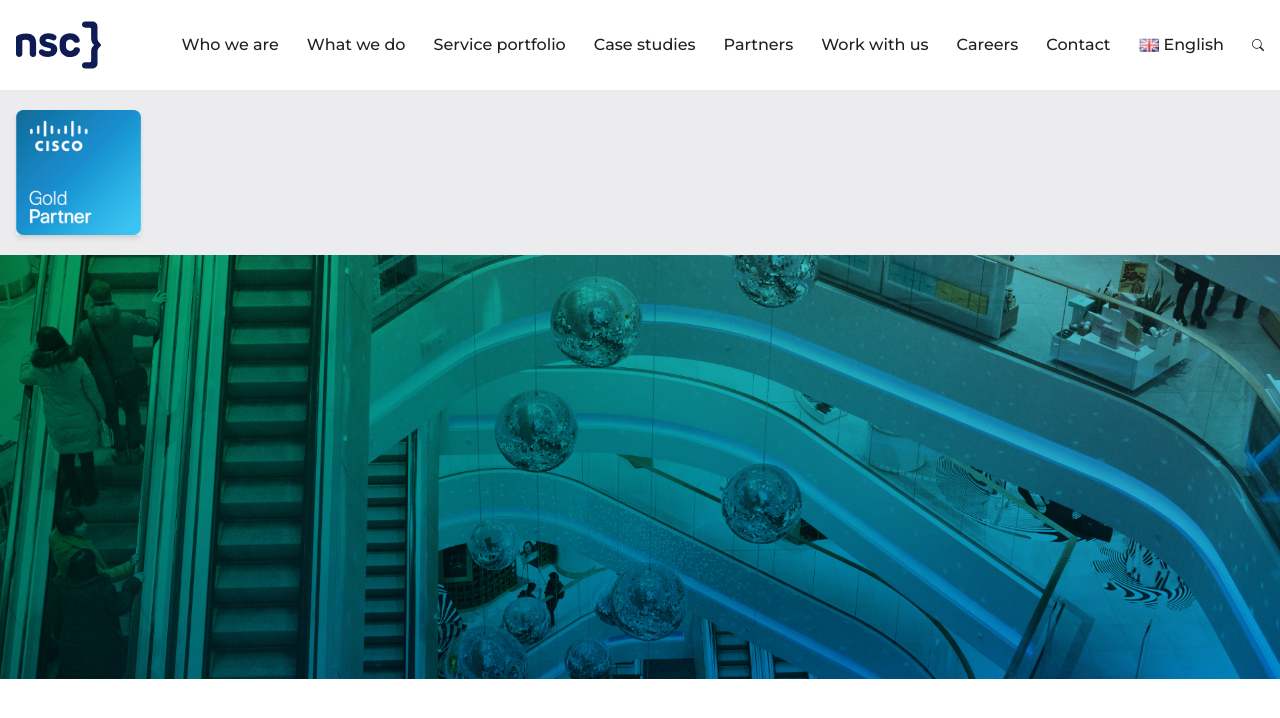
Repository: spaceship9999/ReactIsBack
Page: /
The author's editor kept a copy of each file at every save. The page is drawn from the files as they stood at one save, then again after the next save.
The browser window is 1280 px wide. The pictures show the whole page.
The project was rebuilt for these pictures with package versions that can differ from the ones it lists, and the page was loaded fresh each time. The framework's server and built-in components were replaced by stand-ins that run in the browser. Also part of the build but not shown: next.config.js.

Above is the page before, as saved 2023-03-25 00:24:07.

### src/app/layout.tsx
import './globals.scss'

export const metadata = {
  title: 'Create Next App',
  description: 'Generated by create next app',
}

export default function RootLayout({
  children,
}: {
  children: React.ReactNode
}) {
  return (
    <html lang="en">
      <body>{children}</body>
    </html>
  )
}

### src/app/page.tsx
import Link from "next/link";
import Header from "./Header";
import Award from "./Award";
import Banner from "./Banner";

export default function Home() {
  return (
    <main>
      <Header></Header>
      <Award/>
      <Banner
        heading="NSC operates in 180 countries across multiple time zones, currencies and languages"
        image="/img/Cisco_Banner.png" content="" position={""}/>
    </main>
  )
}

### src/app/globals.scss
@tailwind base;
@tailwind components;
@tailwind utilities;

@import "./scss/fonts";
@import "./scss/global";

### src/app/Header.tsx
import Link from "next/link";

export default function Header() {
    return (
        <div className="container py-5">
            <div className="flex justify-between items-center">
                <Link href="/" >
                    <Logo className="w-[85px] h-[50px]" />
                </Link>
                <nav className="flex gap-7 font-montserrat font-medium text-grey">
                    <Link href="/who-we-are" >
                        Who we are
                    </Link>
                    <Link href="/what-we-do" >
                        What we do
                    </Link>
                    <Link href="/what-we-do" >
                        Service portfolio
                    </Link>
                    <Link href="/what-we-do" >
                        Case studies
                    </Link>
                    <Link href="/what-we-do" >
                        Partners
                    </Link>
                    <Link href="/what-we-do" >
                        Work with us
                    </Link>
                    <Link href="/what-we-do" >
                        Careers
                    </Link>
                    <Link href="/what-we-do" >
                        Contact
                    </Link>
                    <button className="flex items-center gap-x-1">
                        <img src="/img/gb-flag.png" className="w-full"/>
                        English
                    </button>
                    <button>
                        <Search/>
                    </button>
                </nav>
            </div>
        </div>
    )
}


const Logo = (props : { className: string}) => {
    const { className } = props;
    return (
        <svg className={className} xmlns="http://www.w3.org/2000/svg" viewBox="0 0 283.4 156" preserveAspectRatio="xMinYMid meet">
            <path id="nsc_global_logo" d="M67,107.8a10.074,10.074,0,0,1-10,9.9c-5.9.2-11.2-4.5-11.2-9.9V71.6c0-7.4-4.1-11.5-12.4-11.5-6.3,0-12.2.6-12.2,4.2v43.5c0,5.4-4.4,9.9-10.9,9.9-4.9,0-10.3-4.4-10.3-9.9V54.2c0-3.6,1-5.3,3.5-7C8,44,18.6,39.3,34,39.3c21.6,0,33,11.2,33,31.2Zm48.8-37.6L106,68c-6.4-1.4-7.3-3.2-7.3-5,0-3,3.1-4.7,8.6-4.7a31.5,31.5,0,0,1,10.9,2.5,19.538,19.538,0,0,0,7.6,2,8.7,8.7,0,0,0,6.7-3.1,10.468,10.468,0,0,0,2.5-7.6,9.067,9.067,0,0,0-3.5-6.6c-4.9-4-13.9-6.5-23.5-6.5-18,0-29.7,9.6-29.7,24.4,0,11.1,7.4,18.9,21.3,22.5,3.8,1,4.8,1.2,6.8,1.6.9.2,1.9.4,3.5.8,6.2,1.5,7.1,3.5,7.1,5.3,0,4.6-6.5,5.1-9.3,5.1a31.582,31.582,0,0,1-15.9-4.4,12.9,12.9,0,0,0-6.2-2A9.431,9.431,0,0,0,78,96.2c-3,3.9-2.1,10,1.9,13.3,4.6,3.8,13,8.3,27.4,8.3,18.2,0,30.4-10.2,30.4-25.4-.1-11.4-7.2-18.7-21.9-22.2Zm95.9,19.2c-2.2-2.9-6.3-4.2-10-4-4.7.2-7.3,1.7-9,4.9-2.7,4.7-6.5,7.3-12.2,7.3-7.8,0-12.9-4.9-13.7-12.9a95.4,95.4,0,0,1,0-13.1c.8-7.7,5.8-12.1,13.7-12.1a13.278,13.278,0,0,1,11.2,6.1c2.7,3.9,5.7,5.1,8.8,5.2,3.7.2,8-.7,10.6-3.9,1.4-1.7,1.7-4.3,1-7C209.8,51,199,39.2,179.9,39.2c-19,0-33.1,12.1-34.2,29.5a152.151,152.151,0,0,0,0,19.1c1.5,17.5,15.9,30.3,34.2,30.3,19.1,0,29.9-10.6,33-21.3.8-3.3.1-5.7-1.2-7.4Zm60,12.3c0-14.8,11.7-17.8,11.7-23.7s-11.7-8.9-11.7-23.7V15.9A15.939,15.939,0,0,0,255.8,0H231c-6.1,0-11,4-11,10,0,6.3,5.1,10.3,11.1,10.3h14.6a4.739,4.739,0,0,1,4.8,4.8V54.3c0,18.9,9.7,20.5,9.7,23.7s-9.7,4.9-9.7,23.7v29.2a4.739,4.739,0,0,1-4.8,4.8H231.1c-6,0-11.1,3.9-11.1,10.3,0,6,4.9,10,11.1,10h24.8a15.938,15.938,0,0,0,15.9-15.9V101.7Z" fill="#0f1c54"></path>
        </svg>
    )
}

const Search = () => {
    return (
        <svg xmlns="http://www.w3.org/2000/svg" className="w-3 h-3" fill="currentColor" viewBox="0 0 16 16">
            <path d="M11.742 10.344a6.5 6.5 0 1 0-1.397 1.398h-.001c.03.04.062.078.098.115l3.85 3.85a1 1 0 0 0 1.415-1.414l-3.85-3.85a1.007 1.007 0 0 0-.115-.1zM12 6.5a5.5 5.5 0 1 1-11 0 5.5 5.5 0 0 1 11 0z" />
        </svg>
    )
}

### src/app/Award.tsx
export default function Award() {
    return (
        <div className="bg-light-grey py-5">
            <div className="container">
                <img className="w-[125px] shadow-md" src="/img/cisco-partner-o.png"/>
            </div>
        </div>
    )
}

### src/app/Banner.tsx

interface BannerProps {
    heading: string;
    content: string;
    image: string;
    position: string;
}



export default function Banner({heading, content, image, position = "center"}: BannerProps) {
    return (
        <div className="py-[200px] relative flex items-center">
            <img src={image}
             className={`absolute inset-0 w-full h-full object-cover ${position === 'center' ? 'object-center': 'object-start'}`}/>
            <h2 className="text-white">{ heading }</h2>
        </div>
    )
}

### src/app/scss/_fonts.scss
@font-face {
    font-family: 'Rubik';
    font-display: swap;
    font-style: italic;
    src: url(/fonts/Rubik-Italic-VariableFont_wght.ttf) format('truetype'),
}

@font-face {
    font-family: 'Rubik';
    font-display: swap;
    font-style: normal;
    src: url(/fonts/Rubik-VariableFont_wght.ttf) format('truetype'),
}

@font-face {
    font-family: 'Montserrat';
    font-display: swap;
    font-style: normal;
    src: url(/fonts/Montserrat-VariableFont_wght.ttf) format('truetype'),
}

@font-face {
    font-family: 'Montserrat';
    font-display: swap;
    font-style: italic;
    src: url(/fonts/Montserrat-Italic-VariableFont_wght.ttf) format('truetype'),
}

### src/app/scss/_global.scss
.container {
    width: 100%;
    max-width: 1408px;
    padding-left: 1rem;
    padding-right: 1rem;
}

### tailwind.config.js
/** @type {import('tailwindcss').Config} */
/** @type {import('tailwindcss').Config} */
module.exports = {
  content: [
    "./app/**/*.{js,ts,jsx,tsx}",
    "./pages/**/*.{js,ts,jsx,tsx}",
    "./components/**/*.{js,ts,jsx,tsx}",

    // Or if using `src` directory:
    "./src/**/*.{js,ts,jsx,tsx}",
  ],
  theme: {
    extend: {
      fontFamily: {
        "montserrat": ["Montserrat", 'sans-serif'],
        "rubik": ["Rubik", 'sans-serif'],
      },
      container: {
        center: true,
      },
      colors: {
        "grey": "#202020",
        "light-grey": "#ECECEE",
      }
    },
  },
  plugins: [],
}

After the next save:
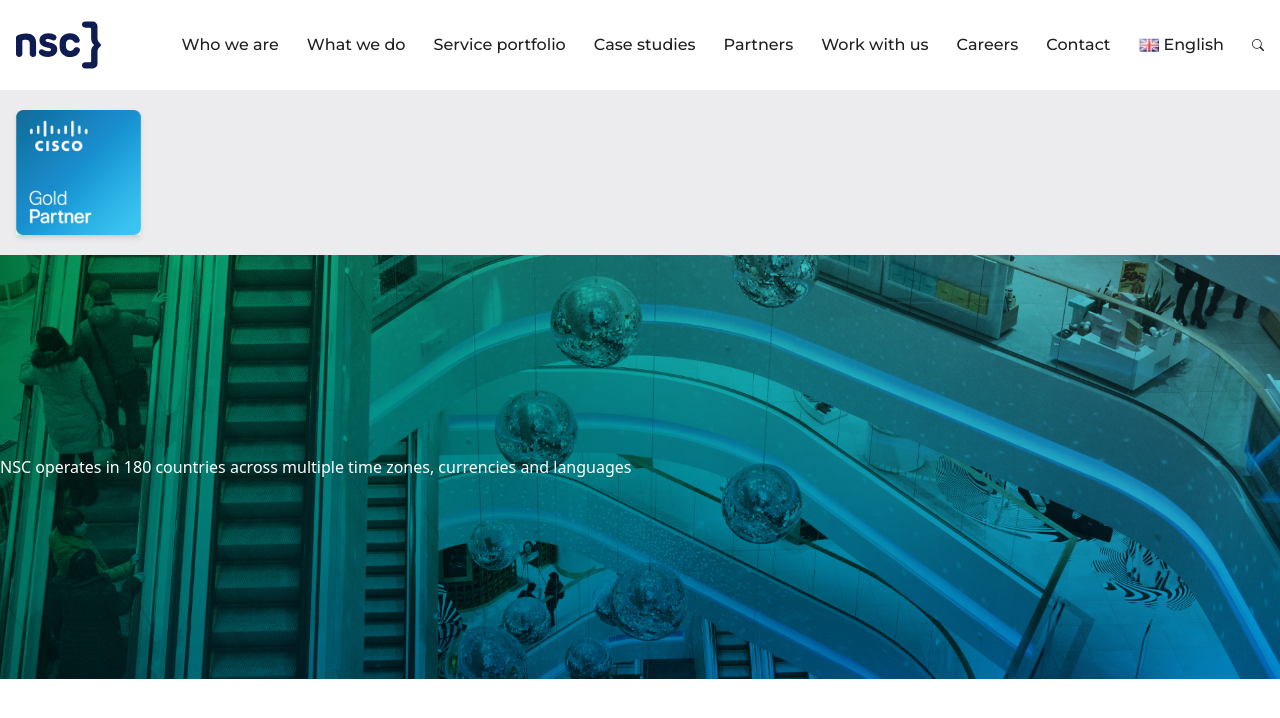
Saved 36 s later.
--- a/src/app/Banner.tsx
+++ b/src/app/Banner.tsx
@@ -10,10 +10,13 @@
 
 export default function Banner({heading, content, image, position = "center"}: BannerProps) {
     return (
-        <div className="py-[200px] relative flex items-center">
+        <div className="py-[200px] relative">
             <img src={image}
              className={`absolute inset-0 w-full h-full object-cover ${position === 'center' ? 'object-center': 'object-start'}`}/>
-            <h2 className="text-white">{ heading }</h2>
+             <div className="flex items-center relative z-10">
+                <h2 className="text-white">{heading}</h2>
+             </div>
+
         </div>
     )
 }
